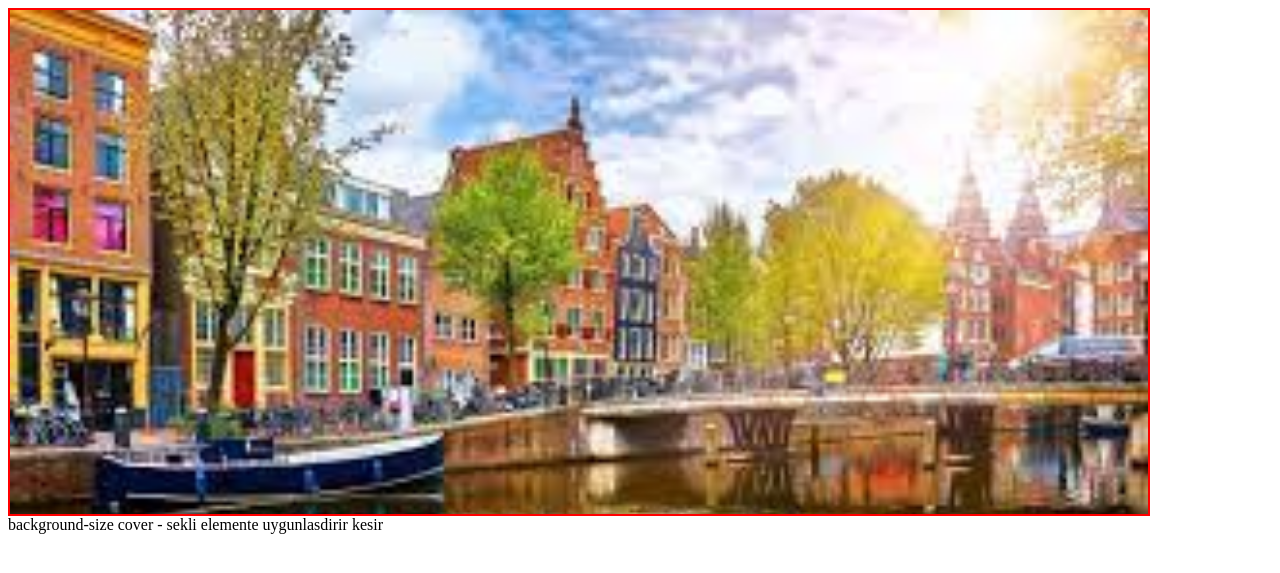
Repository: AytacSafarova/TAsk-11
Page: index.html
These files come from the project's save history. The page is drawn as it stood at one moment and after the next save; the edit follows.
The browser window is 1280 px wide. The pictures show the whole page.

Above is the page before, as saved 2023-08-31 22:11:45.

After the next save:
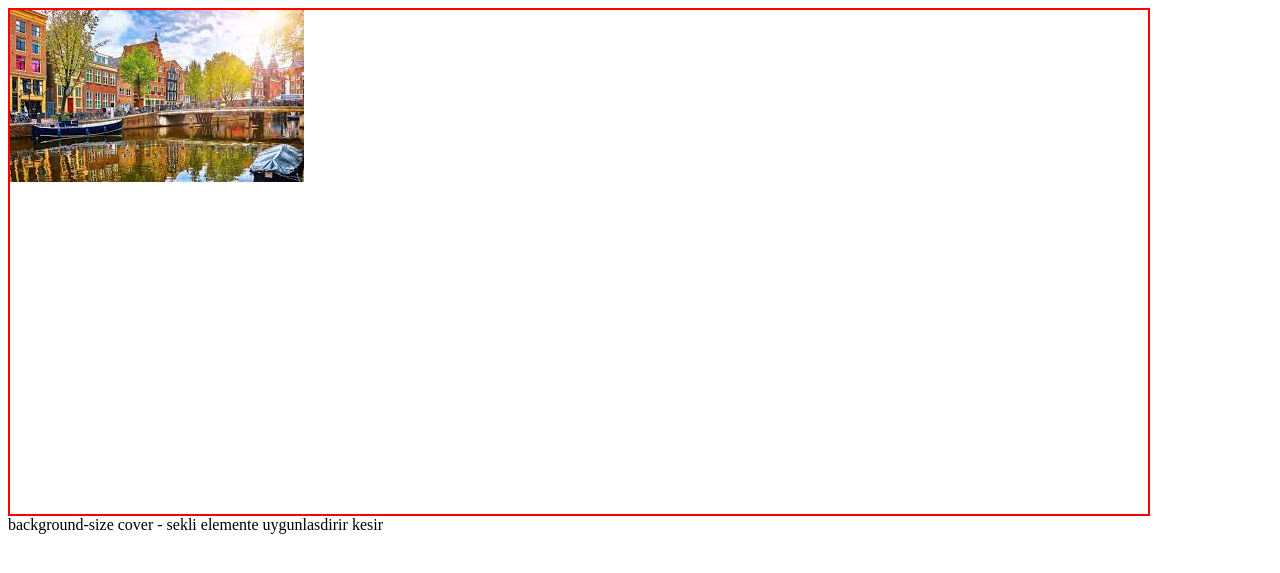
Saved 8 s later.
--- a/index.html
+++ b/index.html
@@ -12,7 +12,7 @@
         width: 90%;
         border:  2px solid red;
         background-repeat: no-repeat;
-        background-size: cover;
+        background-size: containe;
     }
 </style>
 <body>
